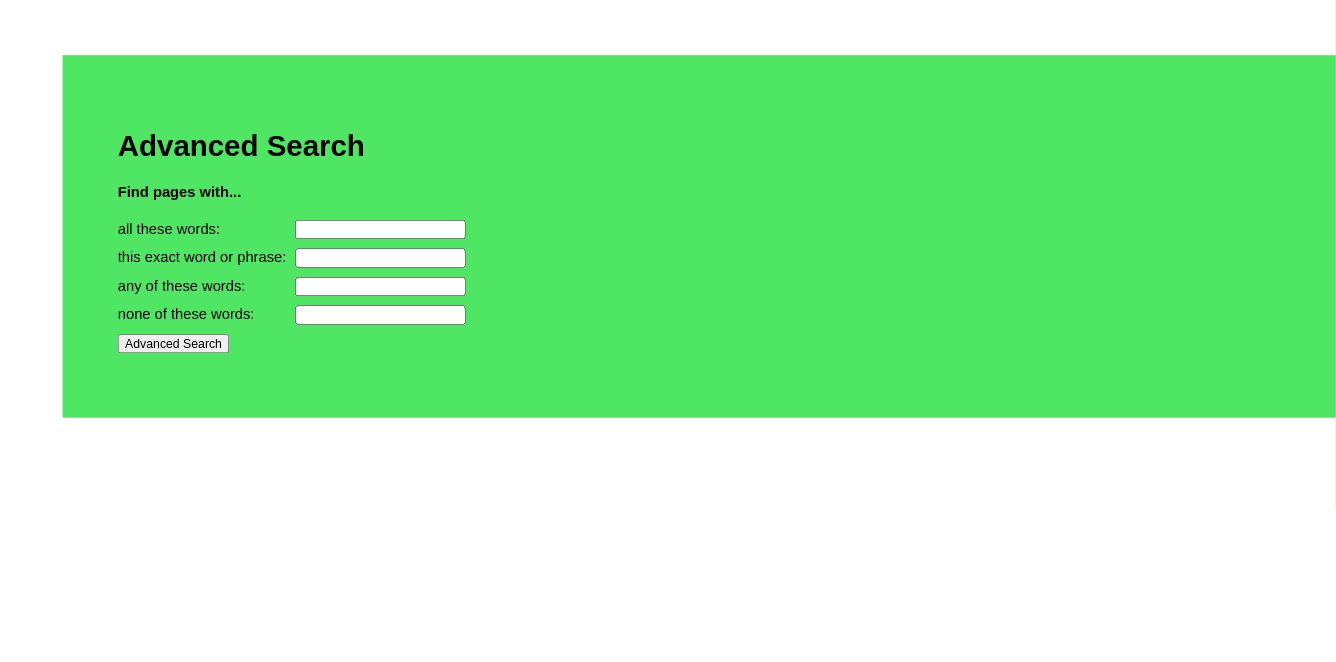
Repository: etentuk/search
Page: advanced_search.html
These files come from the project's save history. The page is drawn as it stood at one moment and after the next save; the edit follows.
The browser window is 1280 px wide. The page is 1452 px wide, then 1280 px, so the pictures cover 1452 px, including what lies to the right of the window. The pictures show the whole page, at 92% of full size.

Above is the page before, as saved 2021-11-04 21:12:57.

After the next save:
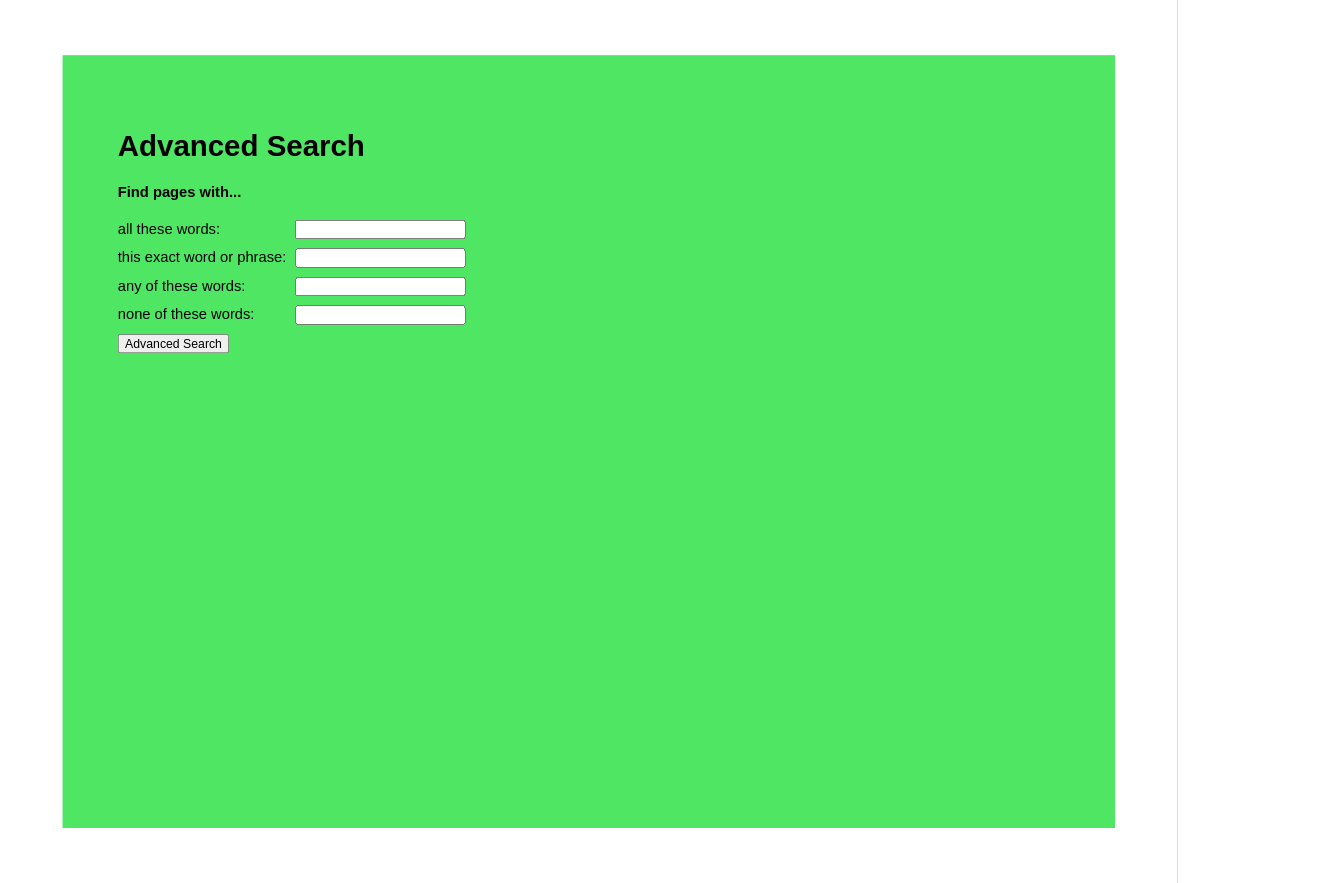
Saved 20 s later.
--- a/styles.css
+++ b/styles.css
@@ -19,8 +19,8 @@ label {
 div.contentContainer {
   font-family: Arial, Helvetica, sans-serif;
   background-color: rgb(78, 230, 98);
-  width: 100%;
-  height: 100%;
+  /* width: 100%; */
+  height: 100vh;
   padding: 60px;
   margin: 60px;
 }
